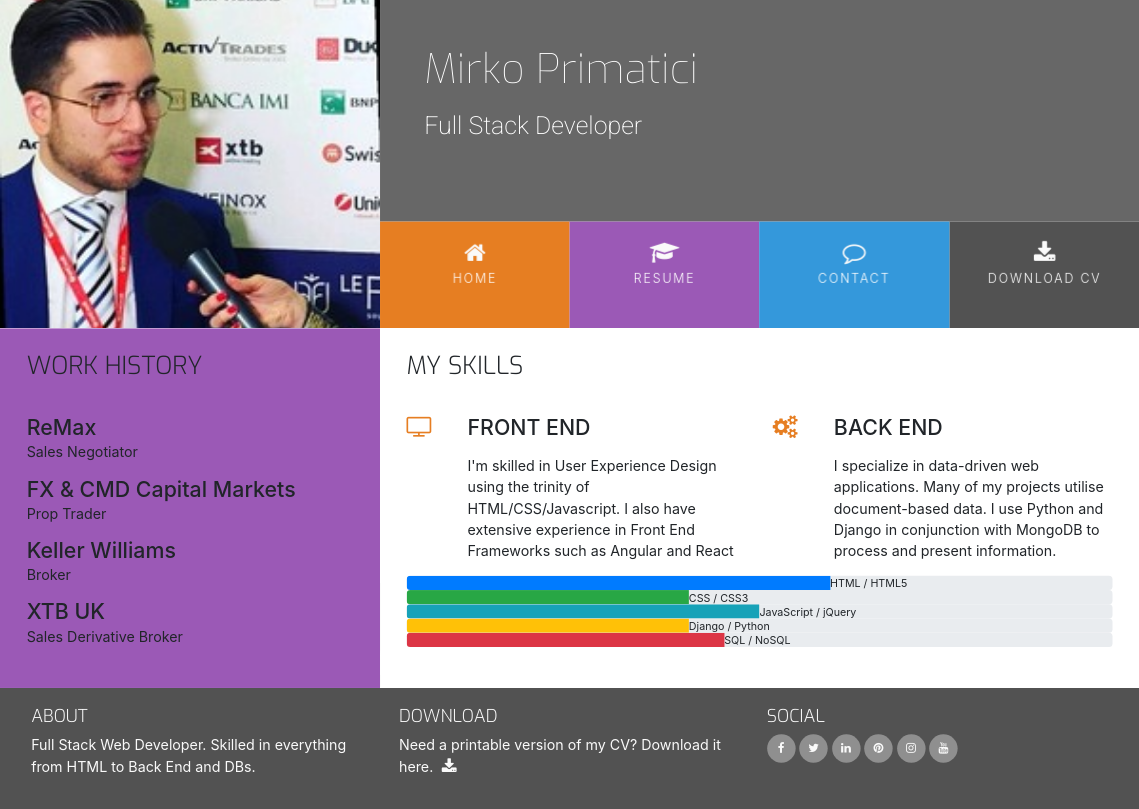
Repository: mirkoprimaticix/Resume
Page: resume.html
The author's editor kept a record of every edit. The page is drawn from the files as they stood at one moment, then again after the next edit.
The browser window is 1280 px wide. The pictures show the whole page, at 89% of full size.
Some web libraries are served in a nearby version.

Above is the page before.
Console error: TypeError: Cannot read properties of undefined (reading 'fn')

After the next edit:
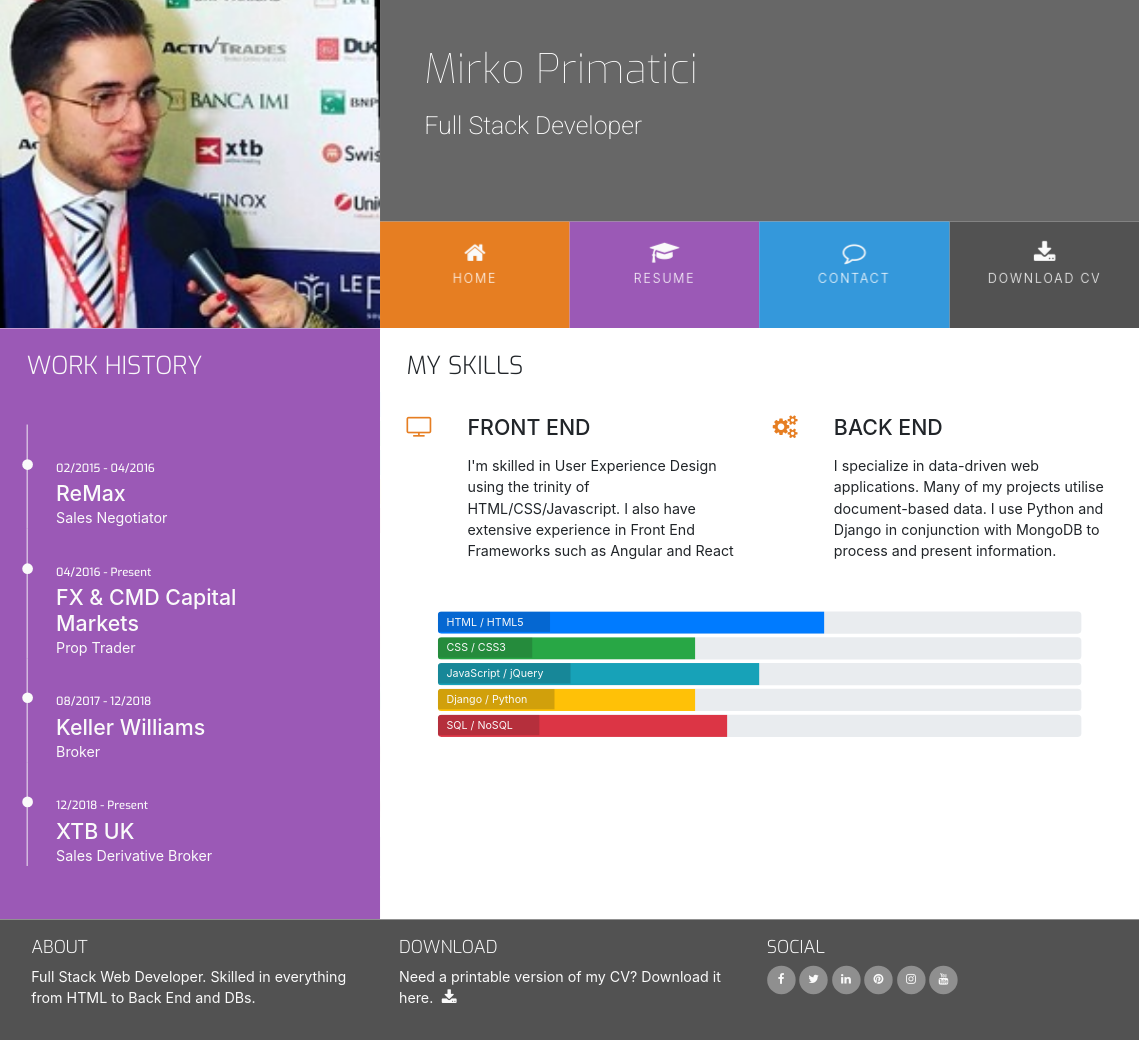
The edit:
--- a/assets/css/style.css
+++ b/assets/css/style.css
@@ -115,6 +115,7 @@
     -webkit-transition: all .5s ease-in-out;
 }
 
+
 .name {
     font-family: "Exo", sans-serif;
     font-weight: 100;
@@ -284,3 +285,72 @@
     position: relative;
     width: 60%;
 }
+
+/* ----------------------------------------Skills */
+
+.progress {
+    position: relative;
+    height: 25px;
+    margin-bottom: 4px;
+}
+
+.progress-type {
+    position: absolute;
+    left: 0px;
+    font-weight: 400;
+    padding: 3px 30px 2px 10px;
+    color: #fafafa;
+    background-color: rgba(25, 25, 25, 0.2);
+}
+
+.progress-section {
+    margin: 40px 20px;
+}
+
+/* ----------------------------------------Work History */
+
+.history-heading {
+    color: #fafafa;
+    margin-bottom: 50px;
+}
+
+.timeline-item {
+    padding: 4em 2em 0em 2em;
+    position: relative;
+    color: #fafafa;
+    border-left: 1px solid;
+}
+
+.timeline-item p {
+    padding: 0;
+    margin: 0;
+}
+
+.timeline-item:before {
+    content: attr(data-dates);
+    position: absolute;
+    left: 2.5em;
+    top: 3em;
+    display: block;
+    font-family: "Exo", sans-serif;
+    font-weight: 500;
+    font-size: 0.8em;
+    padding: 0;
+    margin: 0;
+}
+
+.timeline-item:after {
+    width: 12px;
+    height: 12px;
+    display: block;
+    top: 2.4em;
+    position: absolute;
+    left: -6px;
+    border-radius: 12px;
+    content: '';
+    background: #fafafa;
+}
+
+.history-items {
+    margin-bottom: 30px;
+}
